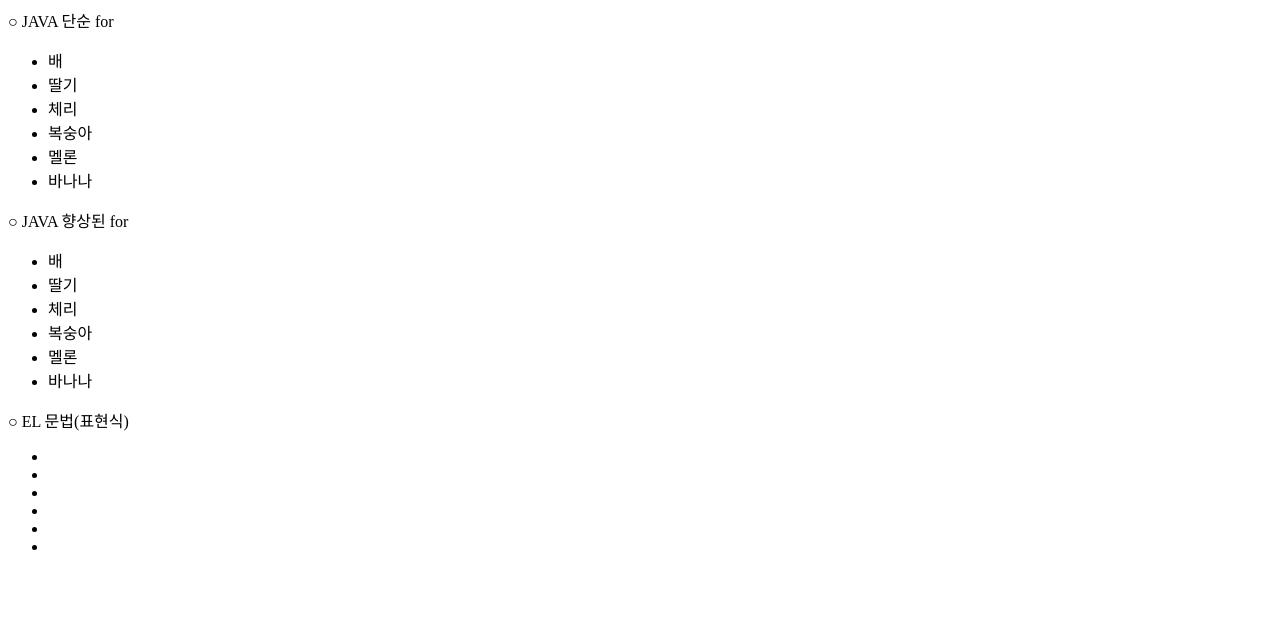
Repository: youngmoon525/Jsp_Servlet
Page: http://localhost/03.JSP/jsp36.jsp
These files come from the project's save history. The page is drawn as it stood at one moment and after the next save; the edit follows.
The browser window is 1280 px wide. The pictures show the whole page.
The page is served by Tomcat 9. Other server files are loaded and not shown. The template is opened directly, without the code that normally fills it, so the values that code supplies are empty.

Above is the page before, as saved 2021-09-09 02:04:34.

### workspace/03.JSP/WebContent/jsp36.jsp
<%@page import="java.util.ArrayList"%>
<%@ page language="java" contentType="text/html; charset=UTF-8" pageEncoding="UTF-8"%>
<%@ taglib prefix="c" uri="http://java.sun.com/jsp/jstl/core" %>
<%
ArrayList<String> list = new ArrayList<>();
list.add("배");
list.add("딸기");
list.add("체리");
list.add("복숭아");
list.add("멜론");
list.add("바나나");
%>
<!DOCTYPE html>
<html>
<head>
<meta charset="UTF-8">
<title>JSP36</title>
</head>
<body>
○ JAVA 단순 for<br/>
<ul>
	<%
		for(int i = 0; i < list.size(); i++){
			out.println("<li>" + list.get(i) + "</li>");
		}
	%>
</ul>

○ JAVA 향상된 for<br/>
<ul>
	<%
		for(String str : list){
			out.println("<li>" + str + "</li>");
		}
	%>
</ul>

○ EL 문법(표현식)<br/>
<ul>
	<li>${list[0]}</li>
	<li>${list[1]}</li>
	<li>${list[2]}</li>
	<li>${list[3]}</li>
	<li>${list[4]}</li>
	<li>${list[5]}</li>
</ul>
</body>
</html>

After the next save:
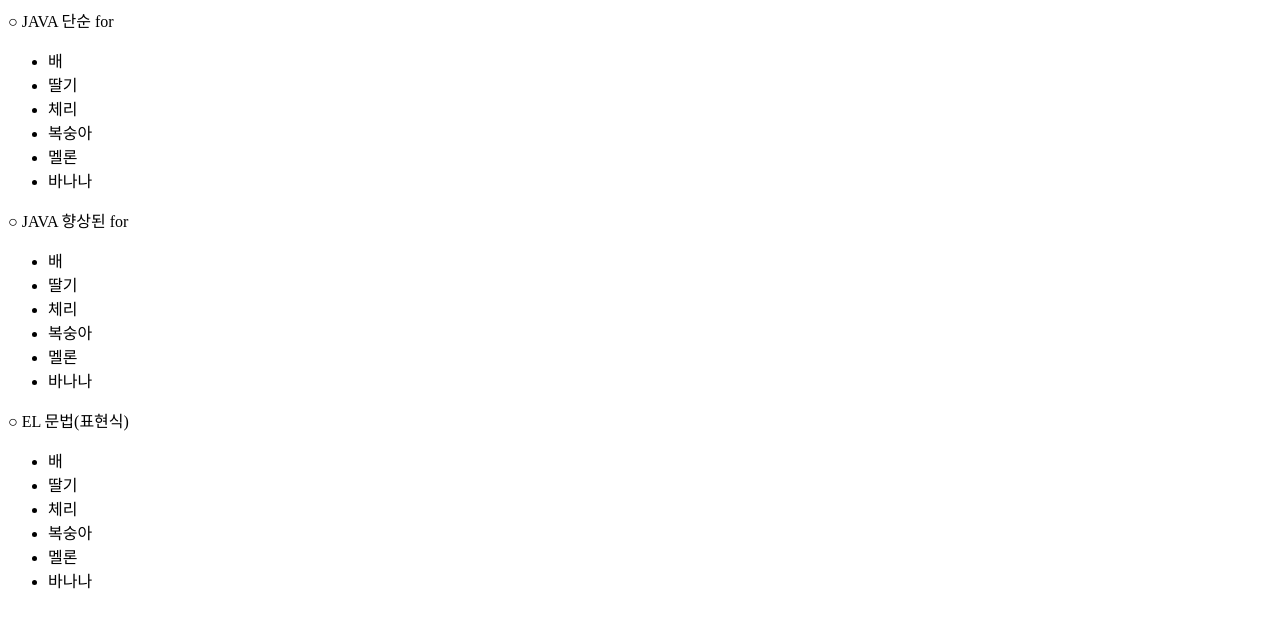
Saved 108 s later.
--- a/workspace/03.JSP/WebContent/jsp36.jsp
+++ b/workspace/03.JSP/WebContent/jsp36.jsp
@@ -9,6 +9,9 @@
 list.add("복숭아");
 list.add("멜론");
 list.add("바나나");
+
+//현재 페이지에서만 사용할 바인딩(연결) 객체 : EL 문법(표현식)에서 사용
+pageContext.setAttribute("list", list);
 %>
 <!DOCTYPE html>
 <html>
@@ -44,5 +47,7 @@
 	<li>${list[4]}</li>
 	<li>${list[5]}</li>
 </ul>
+
+
 </body>
 </html>
